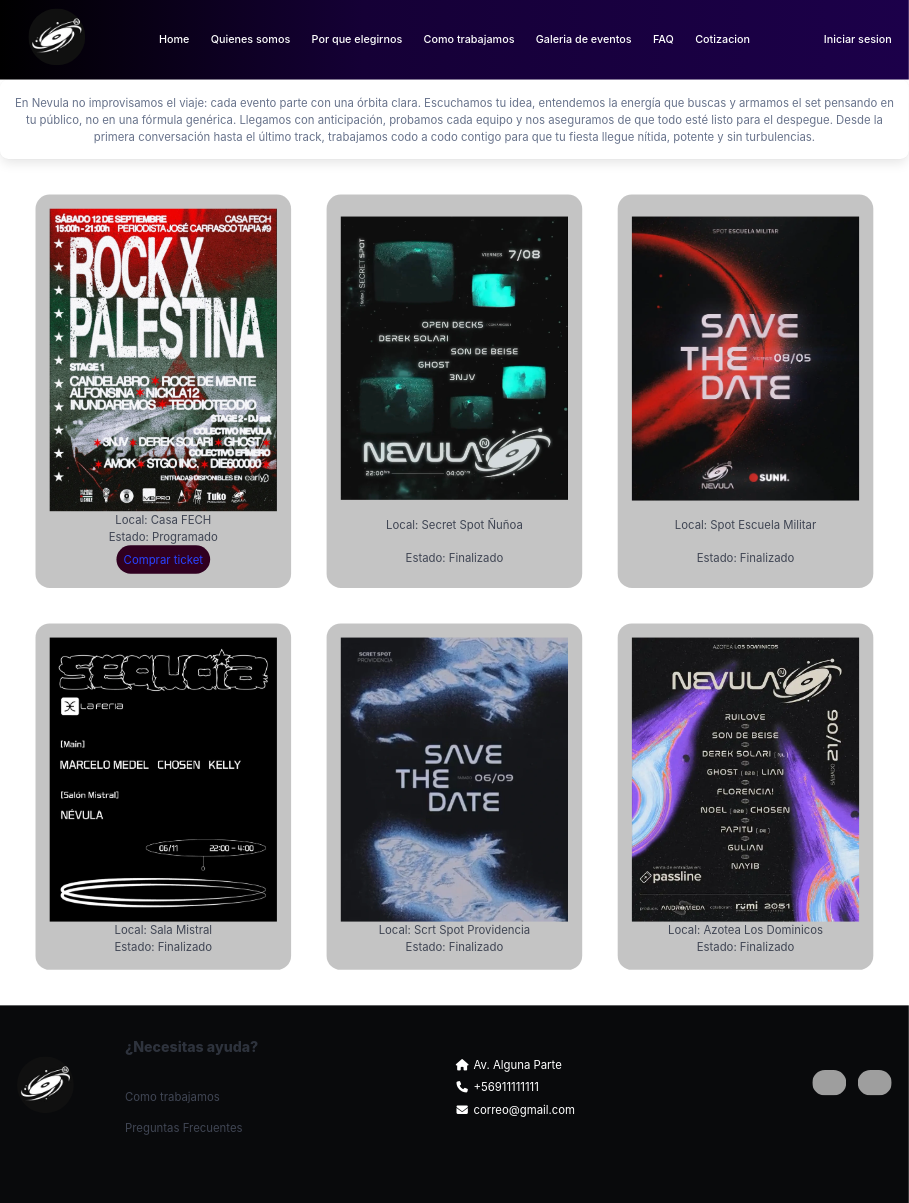
Repository: ChrisMalhue/PaginaNebula
Page: pages/eventos.html
An editor plug-in stored every save of this project. The page is shown before and after the next save, followed by the edit.
The browser window is 1280 px wide. The pictures show the whole page, at 71% of full size.
Pictures or frames that could not be fetched are drawn as grey boxes.

Above is the page before, as saved 2026-09-09 21:51:57.

After the next save:
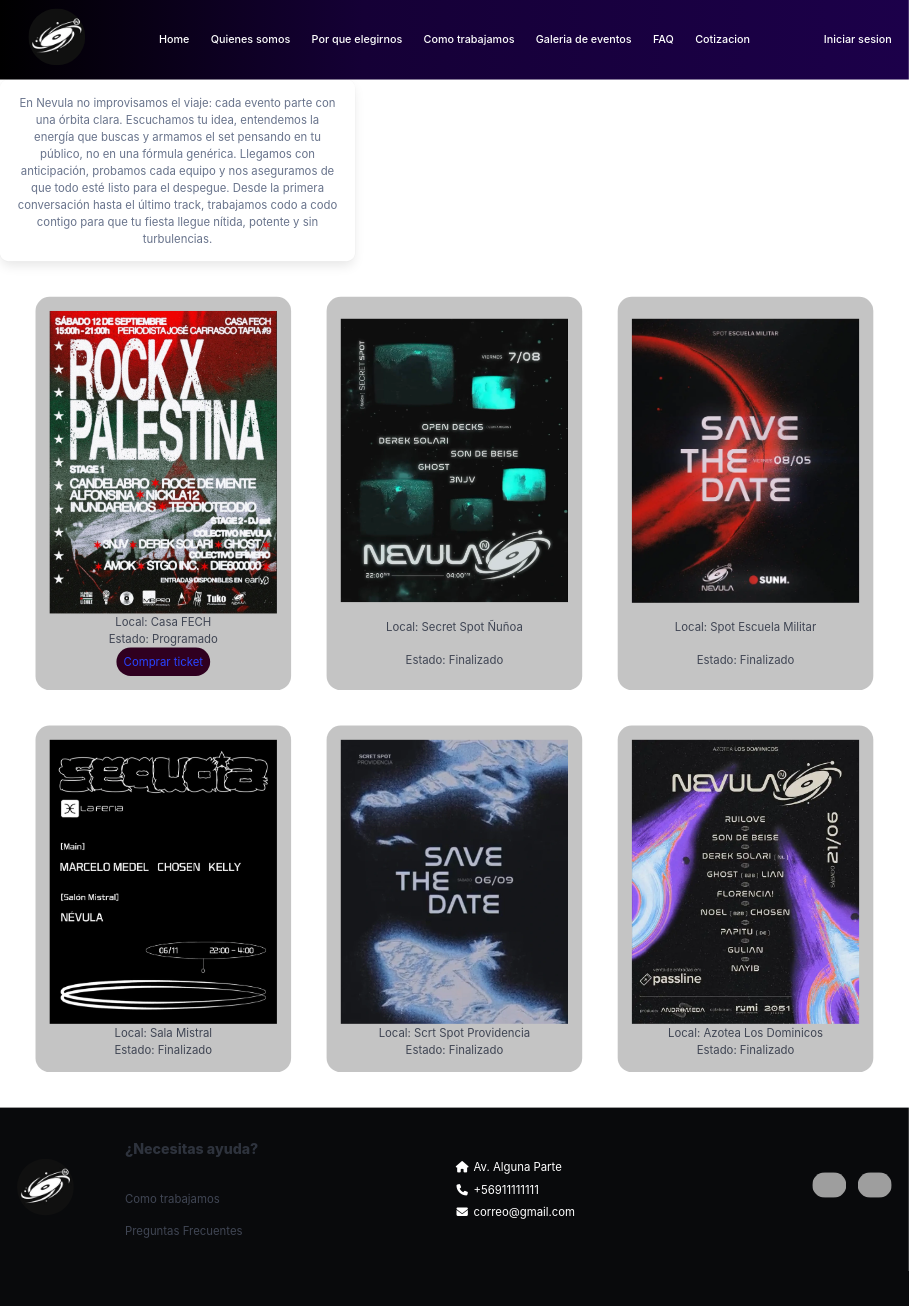
Saved 53 s later.
--- a/styles/style.css
+++ b/styles/style.css
@@ -190,6 +190,10 @@
   transition: 0.3s;
 }
 
+.trabajamos-item{
+  width: 500px;
+}
+
 .trabajamos-respuesta{
   text-align: center;
 }
